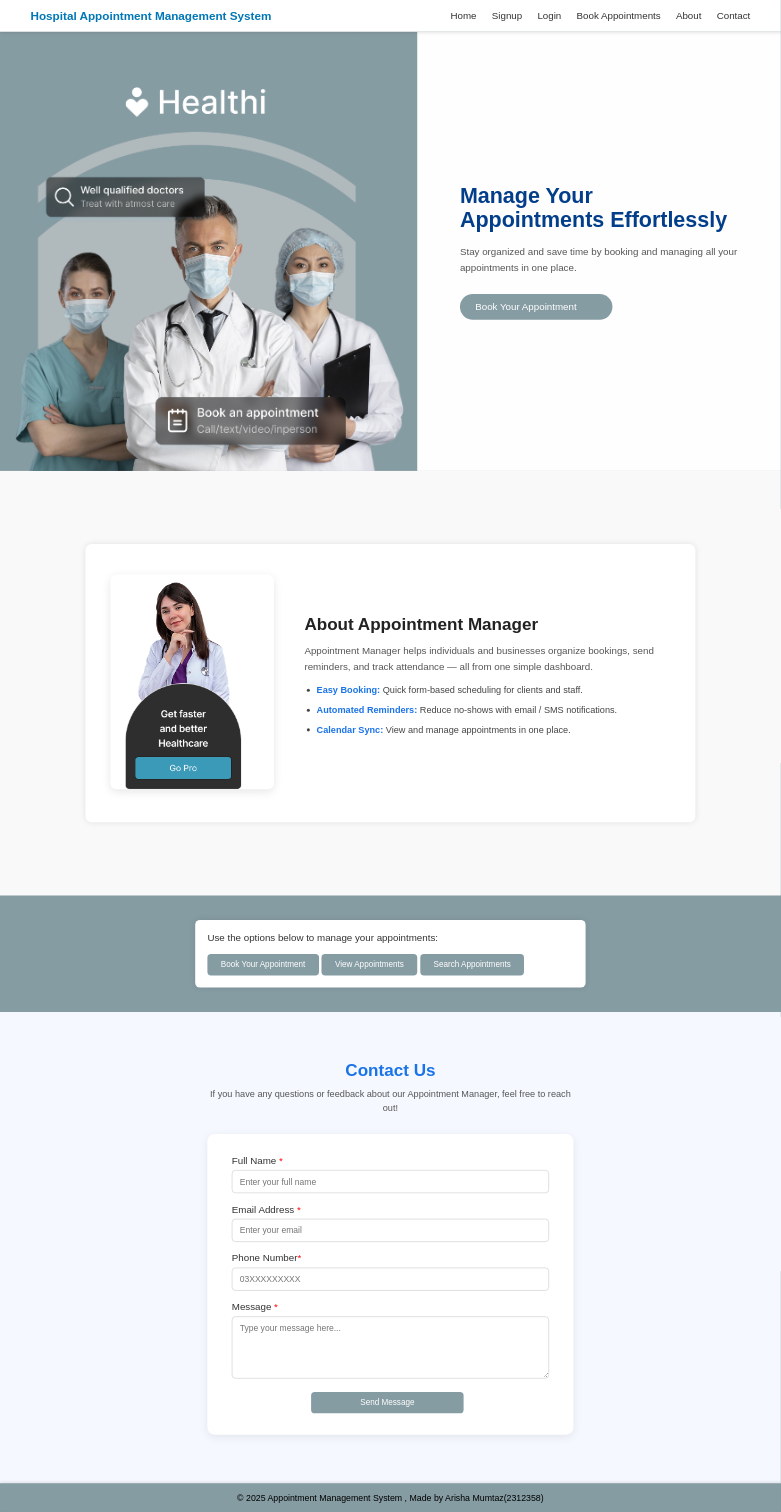
Repository: Arisha004/Hospital-Appointment-Management-System
Page: landingpage.html
An editor plug-in stored every save of this project. The page is shown before and after the next save, followed by the edit.
The browser window is 1280 px wide. The pictures show the whole page, at 61% of full size.

Above is the page before, as saved 2025-10-26 21:15:38.

After the next save:
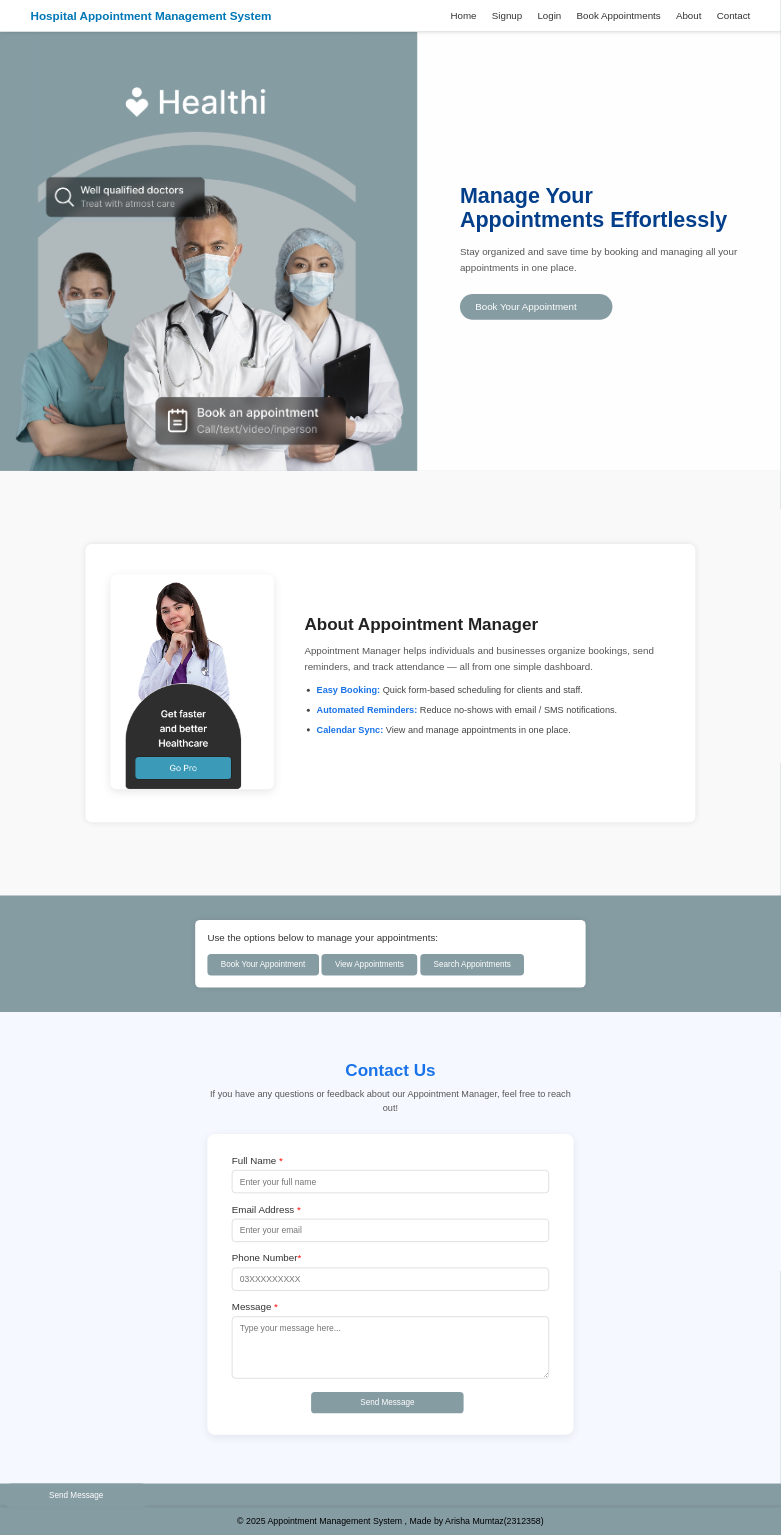
Saved 5 s later.
--- a/landingpage.html
+++ b/landingpage.html
@@ -85,8 +85,7 @@
       </div>
 
   </section>
-
-  <section id="contact" class="contact">
+<section id="contact" class="contact">
     <div class="container contact-inner">
       <h2>Contact Us</h2>
       <p>If you have any questions or feedback about our Appointment Manager, feel free to reach out!</p>
@@ -94,12 +93,13 @@
       <form action="insertcontactform.php" method="post" class="contact-form">
         <div class="form-group">
           <label for="name">Full Name <span>*</span></label>
-          <input type="text" id="name" name="name" placeholder="Enter your full name" required pattern="[A-Za-z\s]{3,}">
+          <input type="text" id="name" name="name" placeholder="Enter your full name" required pattern="^[A-Za-z\s]{3,}$"  title="Full name should contain only letters and spaces, and must be at least 3 characters long.">
+
         </div>
 
         <div class="form-group">
           <label for="email">Email Address <span>*</span></label>
-          <input type="email" id="email" name="email" placeholder="Enter your email" required>
+          <input type="email" id="email" name="email" placeholder="Enter your email" title="Please enter a valid email address, e.g. example@gmail.com." required>
         </div>
 
         <div class="form-group">
@@ -109,8 +109,13 @@
 
         <div class="form-group">
           <label for="message">Message <span>*</span></label>
-          <textarea id="message" name="message" rows="5" placeholder="Type your message here..." required minlength="10"></textarea>
+          <textarea id="message" name="message" rows="5" placeholder="Type your message here..." required  pattern=".*\S.*" minlength="10"  title="Message must be at least 10 characters long."></textarea>
         </div>
+
+        <button type="submit" class="btn">Send Message</button>
+      </form>
+    </div>
+</section>
 
         <button type="submit" class="btn">Send Message</button>
       </form>

After the 3 saves that followed:
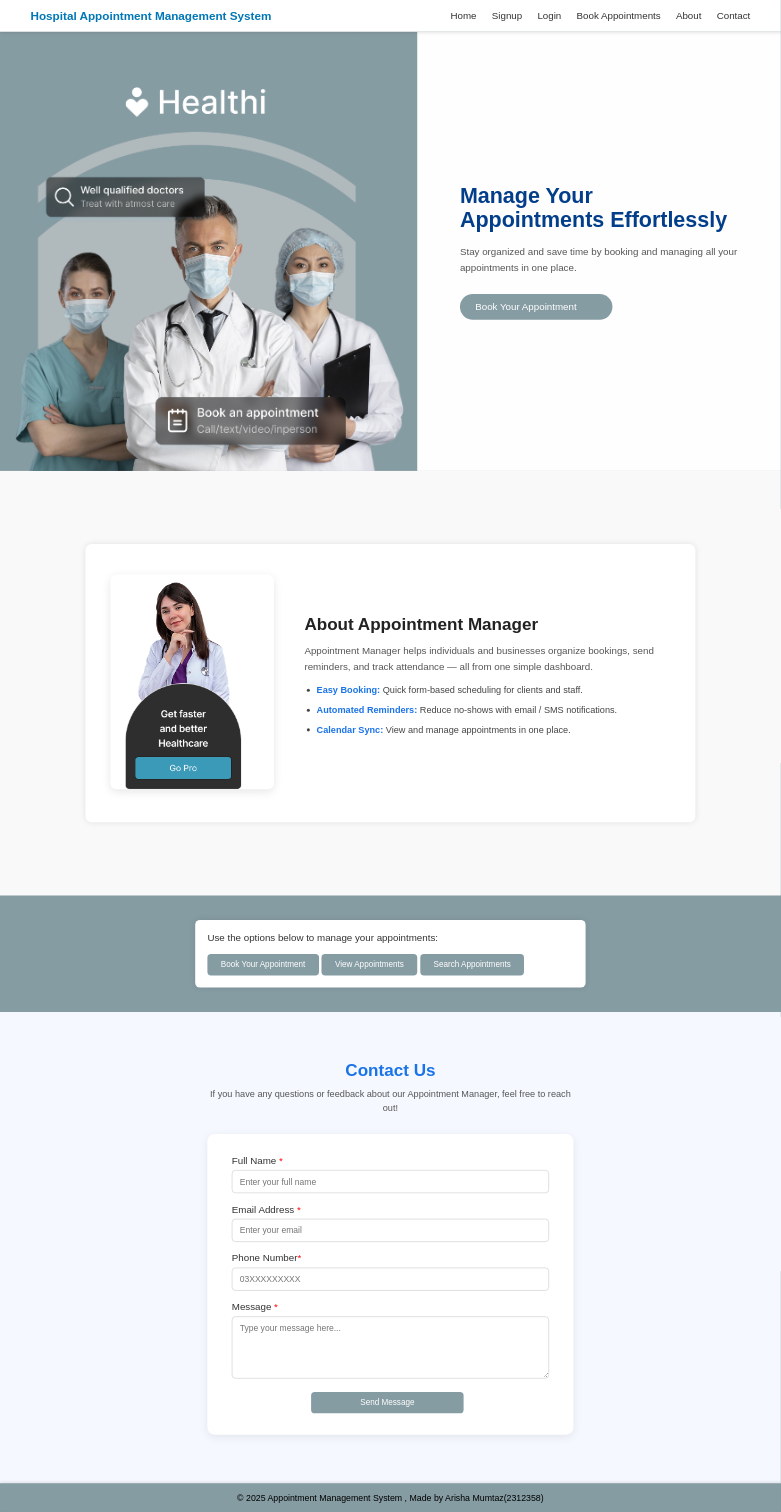
The 3 saves are shown as one change because 1 left the picture as it was and some came seconds apart.
The last was saved 27 s later.
--- a/landingpage.html
+++ b/landingpage.html
@@ -117,11 +117,7 @@
     </div>
 </section>
 
-        <button type="submit" class="btn">Send Message</button>
-      </form>
-    </div>
 
-  </section>
 
   <footer>
     <p>© 2025 Appointment Management System , Made by Arisha Mumtaz(2312358)</p>
